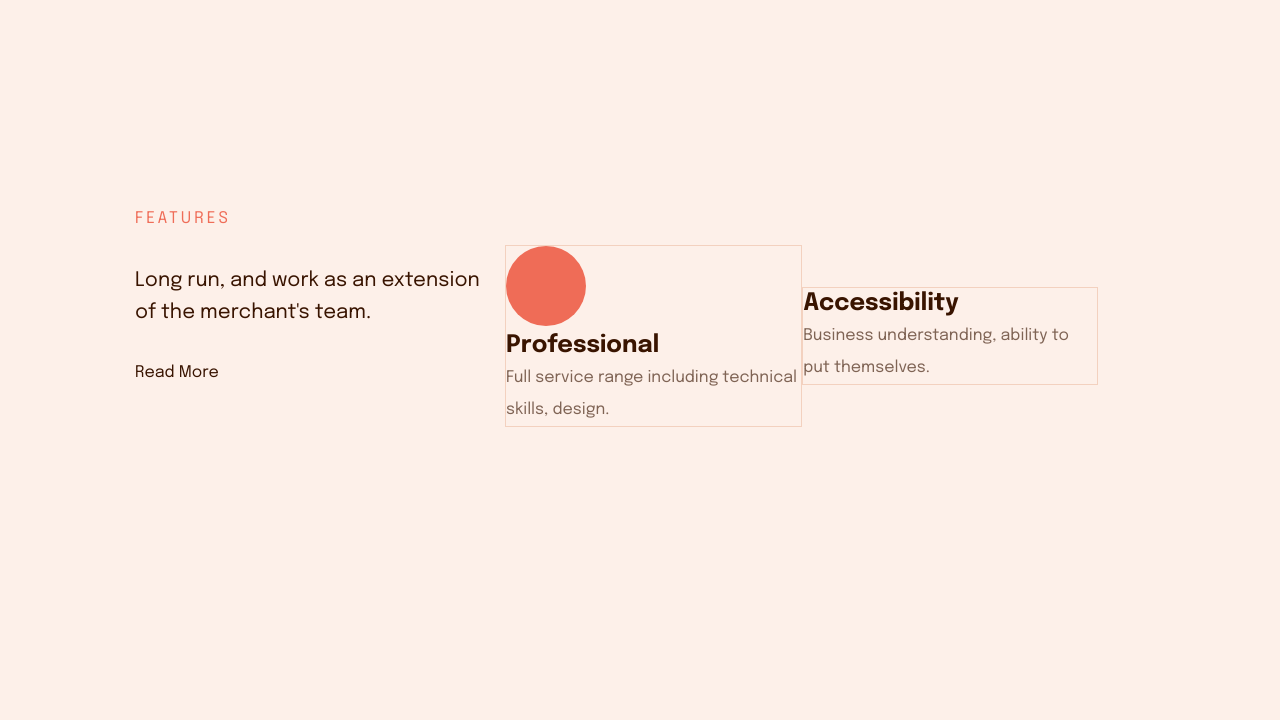
Repository: kubrazamanova/Project-7
Page: index.html
An editor plug-in stored every save of this project. The page is shown before and after the next save, followed by the edit.
The browser window is 1280 px wide. The pictures show the whole page.

Above is the page before, as saved 2023-09-23 10:36:09.

After the next save:
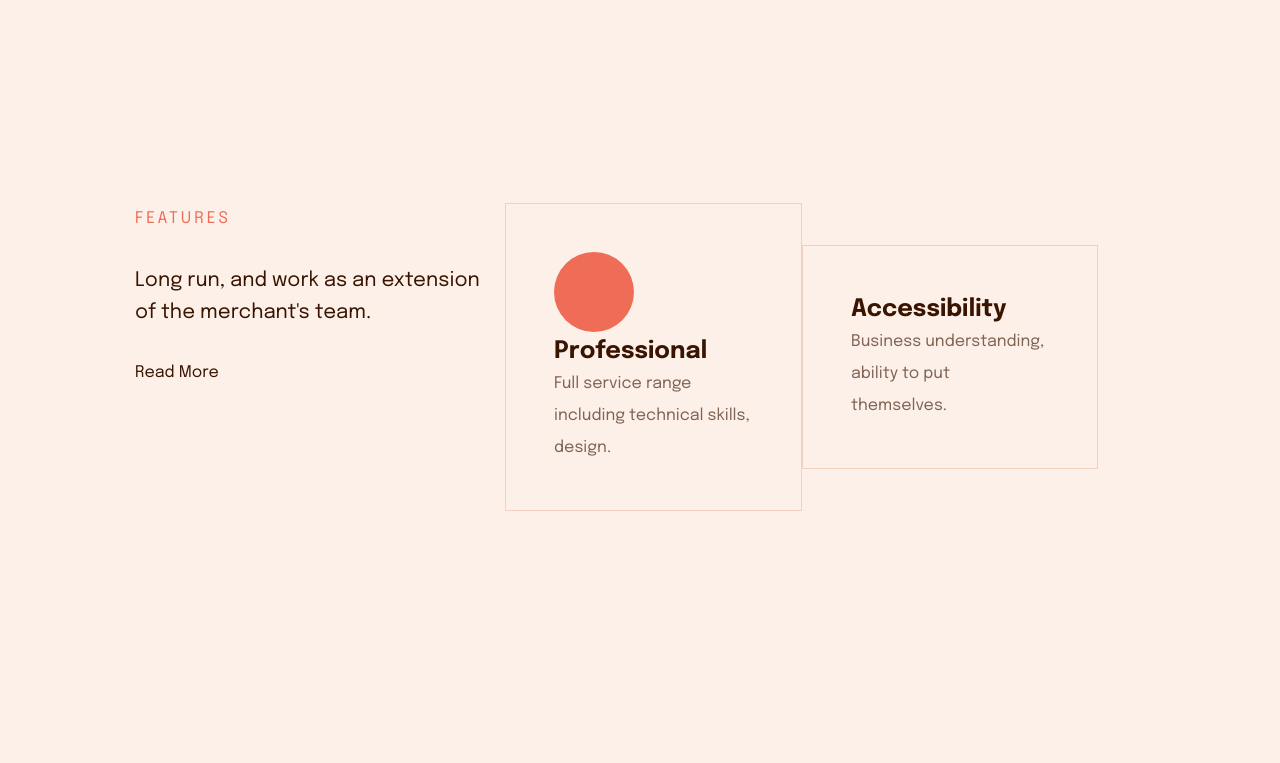
Saved 5 s later.
--- a/index.css
+++ b/index.css
@@ -57,6 +57,8 @@ ul {
 ul li {
   list-style-type: none;
   border: 1px solid #f3d1bf;
+  padding: 48px 48px 46px 48px;
+
 }
 .container li h2 {
   color: var(--Text_Dark, #391400);
